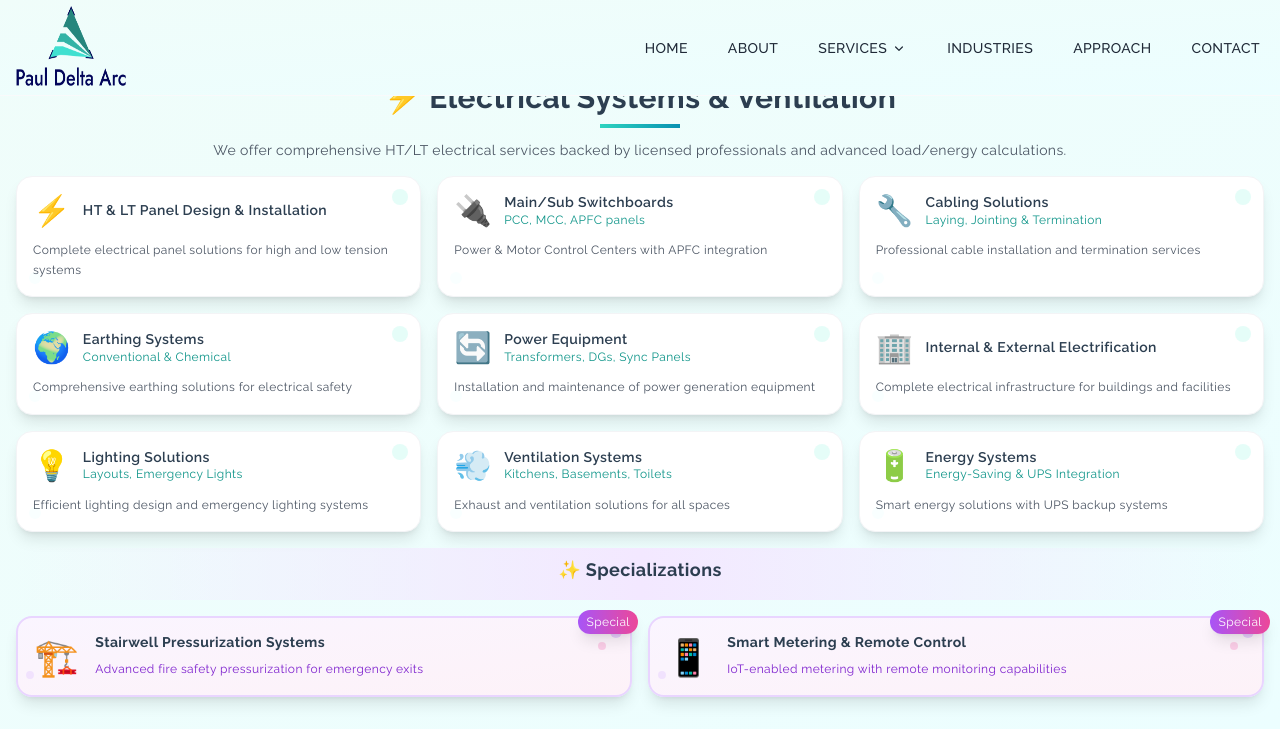
Repository: AnupriyaBiswas/PaulDeltaArc
Page: /ElectricalSystemsVentilation
These files come from the project's save history. The page is drawn as it stood at one moment and after the next save; the edit follows.
The browser window is 1280 px wide. The pictures show the whole page.
The project was rebuilt for these pictures with package versions that can differ from the ones it lists, and the page was loaded fresh each time. The framework's server and built-in components were replaced by stand-ins that run in the browser. Also part of the build but not shown: next.config.js.

Above is the page before, as saved 2025-07-07 19:06:37.

After the next save:
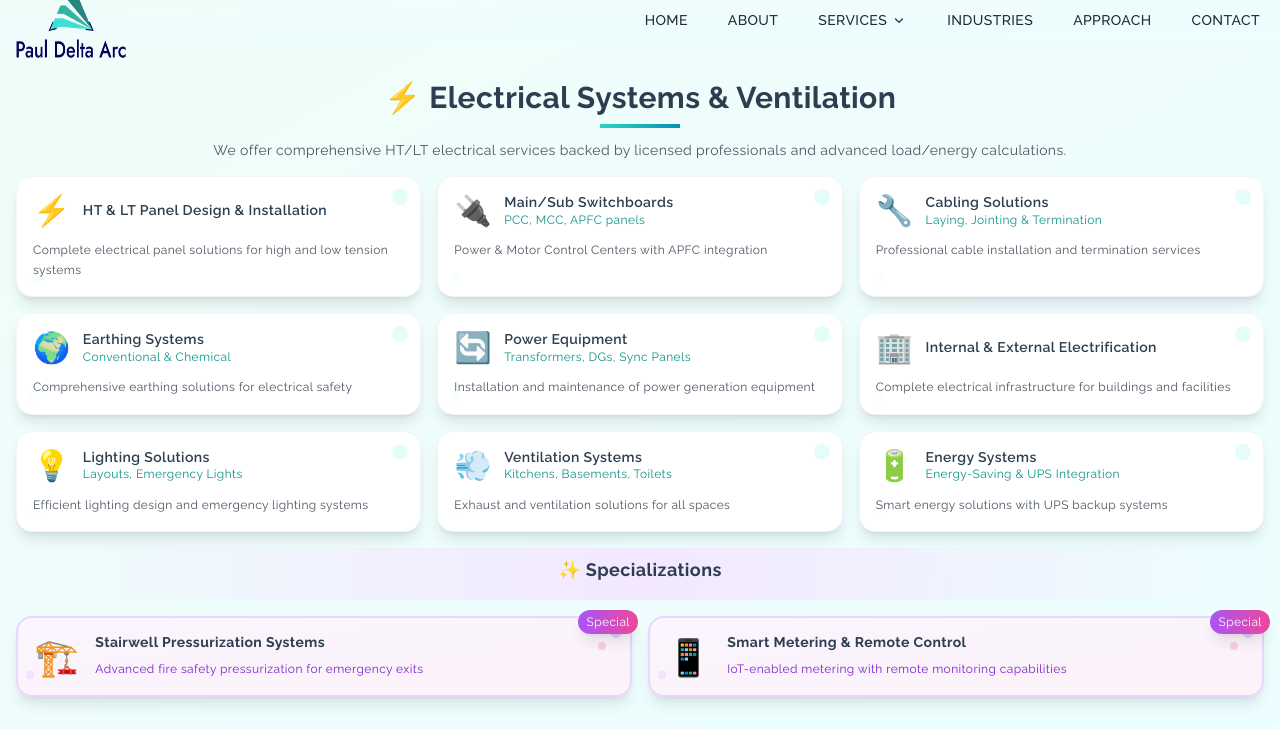
Saved 31 s later.
--- a/components/Navbar.jsx
+++ b/components/Navbar.jsx
@@ -43,8 +43,8 @@
     <div
       className={
         shadow
-          ? 'fixed w-full h-15 shadow-2xl z-[100] ease-in-out duration-300 bg-gradient-to-br from-teal-50 to-cyan-50 bg-opacity-90 backdrop-blur-sm border-b border-gray-100'
-          : 'fixed w-full h-15 z-[100] bg-gradient-to-br from-teal-50 to-cyan-50 bg-opacity-90 backdrop-blur-sm border-b border-gray-50'
+          ? 'fixed w-full h-10 shadow-2xl z-[100] ease-in-out duration-300 bg-gradient-to-br from-teal-50 to-cyan-50 bg-opacity-90 backdrop-blur-sm border-b border-gray-100'
+          : 'fixed w-full h-10 z-[100] bg-gradient-to-br from-teal-50 to-cyan-50 bg-opacity-90 backdrop-blur-sm border-b border-gray-50'
       }
     >
       <div className='flex justify-between items-center w-full h-full px-4 2xl:px-16'>

After the save that followed:
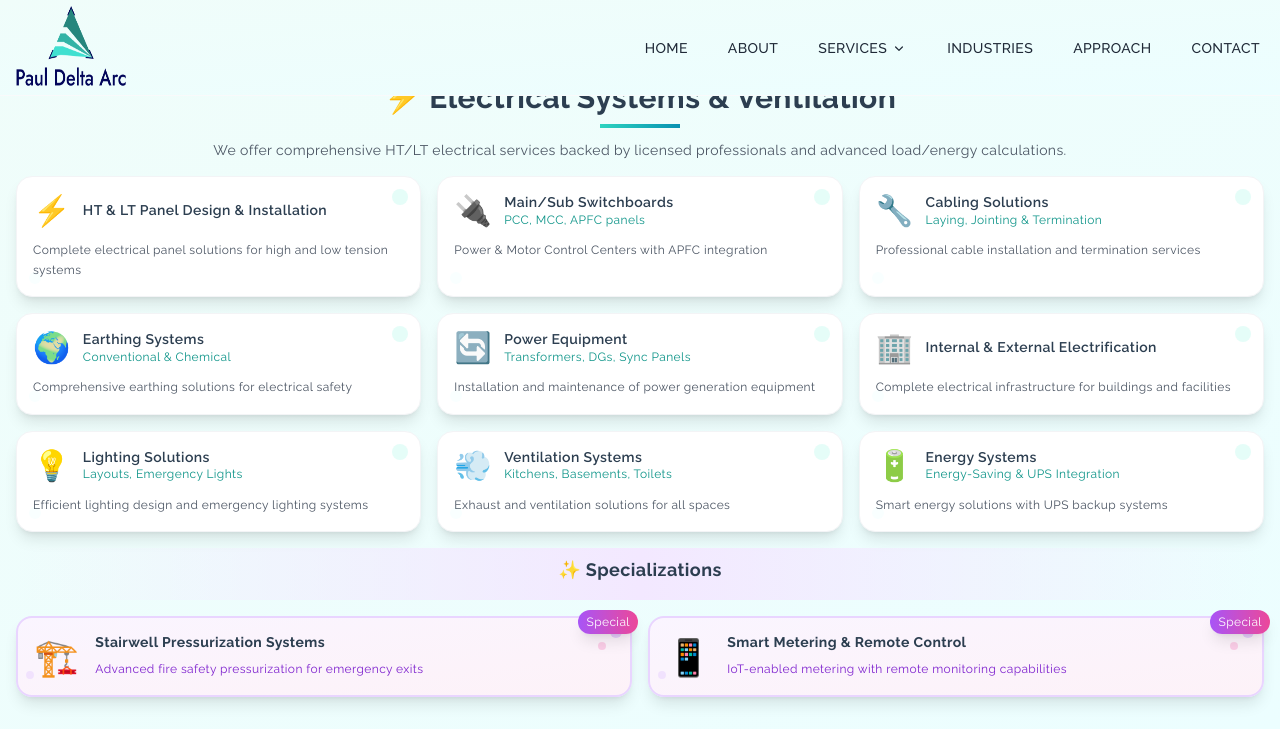
Saved 12 s later.
--- a/components/Navbar.jsx
+++ b/components/Navbar.jsx
@@ -43,8 +43,8 @@
     <div
       className={
         shadow
-          ? 'fixed w-full h-10 shadow-2xl z-[100] ease-in-out duration-300 bg-gradient-to-br from-teal-50 to-cyan-50 bg-opacity-90 backdrop-blur-sm border-b border-gray-100'
-          : 'fixed w-full h-10 z-[100] bg-gradient-to-br from-teal-50 to-cyan-50 bg-opacity-90 backdrop-blur-sm border-b border-gray-50'
+          ? 'fixed w-full h-15 shadow-2xl z-[100] ease-in-out duration-300 bg-gradient-to-br from-teal-50 to-cyan-50 bg-opacity-90 backdrop-blur-sm border-b border-gray-100'
+          : 'fixed w-full h-15 z-[100] bg-gradient-to-br from-teal-50 to-cyan-50 bg-opacity-90 backdrop-blur-sm border-b border-gray-50'
       }
     >
       <div className='flex justify-between items-center w-full h-full px-4 2xl:px-16'>
